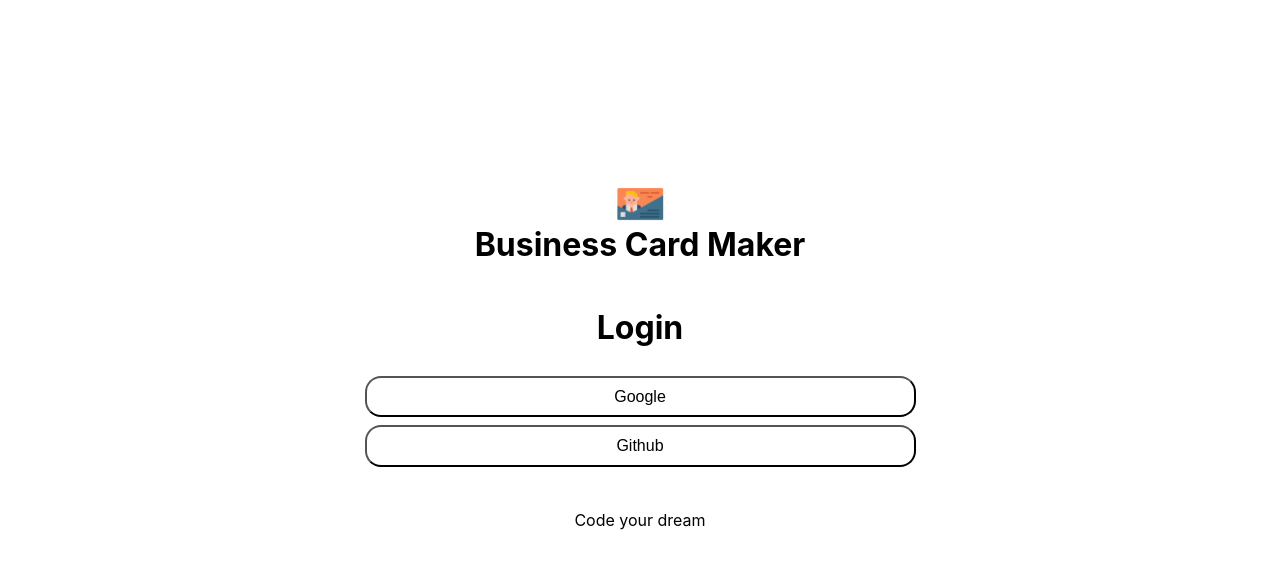
Repository: keehoonjung/Card_Maker
Page: /
An editor plug-in stored every save of this project. The page is shown before and after the next save, followed by the edit.
The browser window is 1280 px wide. The pictures show the whole page.
The page's requests for data from a server got no answer. The project was rebuilt for these pictures with package versions that can differ from the ones it lists, and the page was loaded fresh each time. No one was signed in, and anything a server would have sent is missing.

Above is the page before, as saved 2021-09-08 14:43:54.

After the next save:
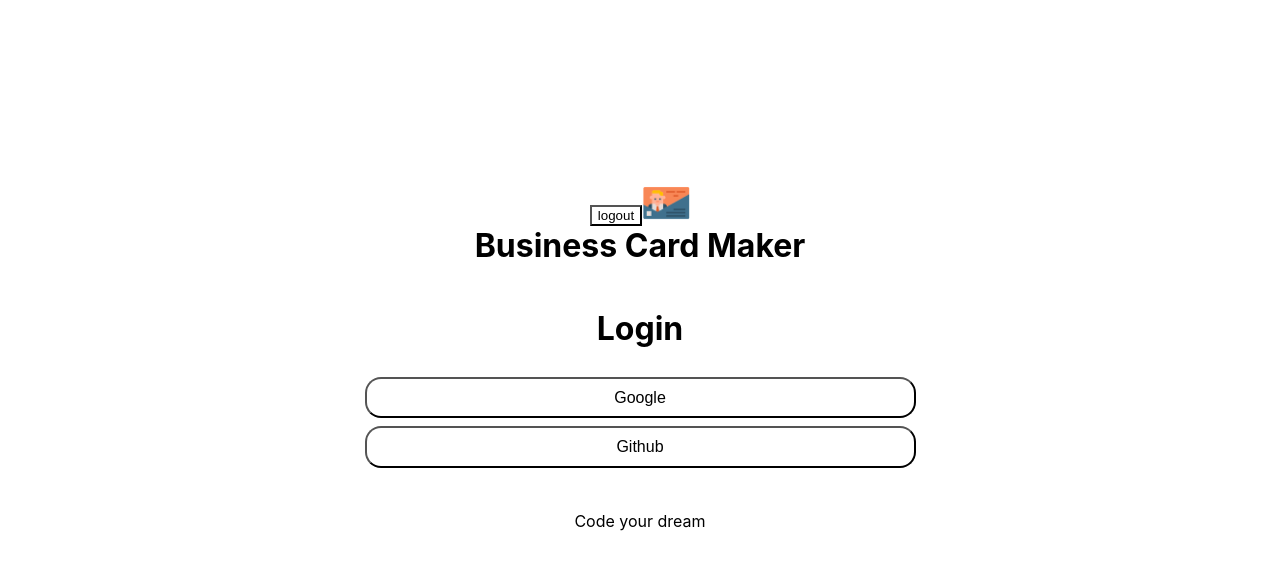
Saved 52 min 7 s later.
--- a/src/components/header/header.jsx
+++ b/src/components/header/header.jsx
@@ -3,6 +3,7 @@
 
 const Header = (props) => (
   <header className={styles.head}>
+    <button className={styles.logout}>logout</button>
     <img className={styles.logo} src="./images/logo.png" alt="main_logo" />
     <h1 className={styles.title}> Business Card Maker</h1>
   </header>
